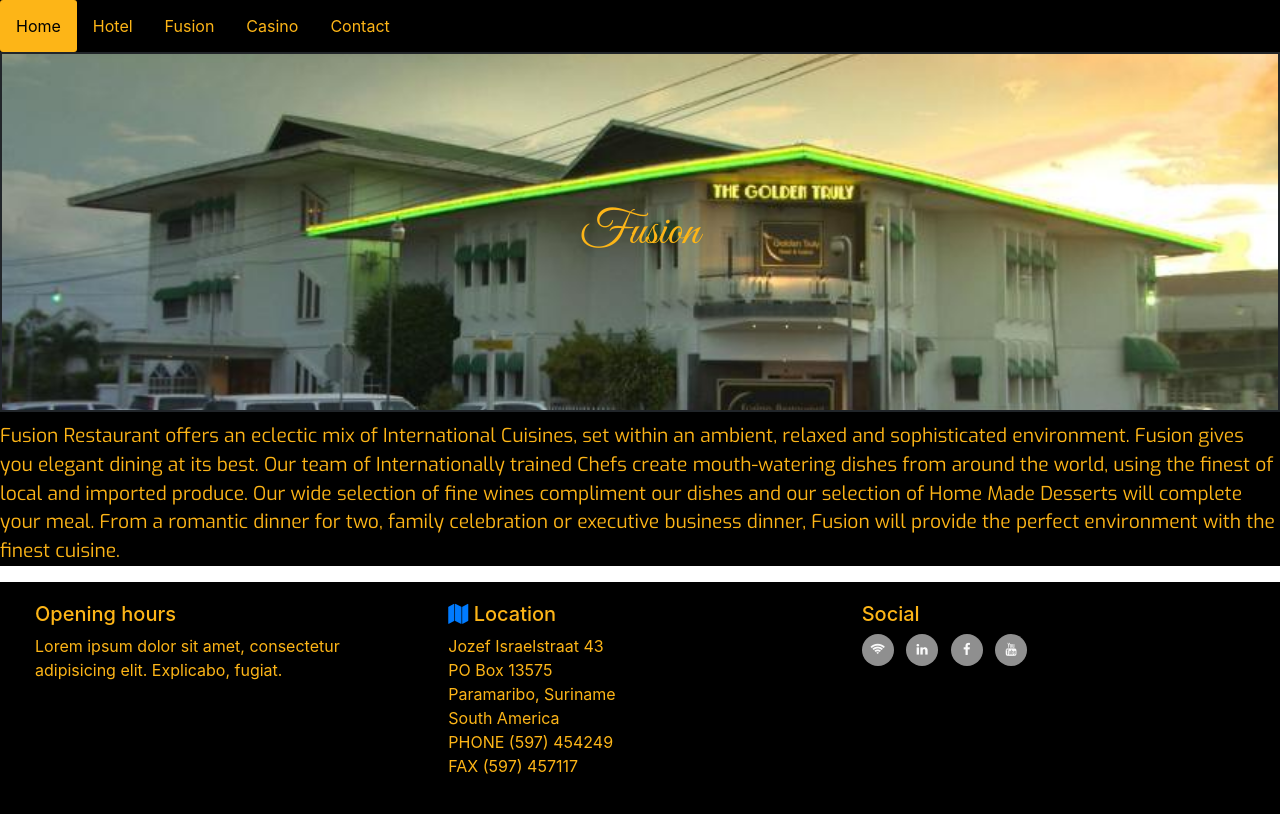
Repository: Code-Institute-Submissions/anthonycaf-Milestone1
Page: fusion.html
The author's editor kept a record of every edit. The page is drawn from the files as they stood at one moment, then again after the next edit.
The browser window is 1280 px wide. The pictures show the whole page.

Above is the page before.

### fusion.html
<!DOCTYPE html>
<html lang="en">

<head>
 <meta charset="UTF-8">
 <meta name="viewport" content="width=device-width, initial-scale=1.0">
 <meta http-equiv="X-UA-Compatible" content="ie=edge">
 <!--             links/bootstrap/fontawsome    -->
 <link rel="stylesheet" href="https://stackpath.bootstrapcdn.com/font-awesome/4.7.0/css/font-awesome.min.css" type="text/css" />
 <link rel="stylesheet" href="https://stackpath.bootstrapcdn.com/bootstrap/4.3.1/css/bootstrap.min.css" type="text/css" />
 <!--             main/css                      -->
 <link rel="stylesheet" href="./css/style.css" type="text/css" />
 <title>Golden Truly Hotel</title>
</head>

<body>
 <header>
  <ul Id="nav-bar">
   <li class="nav-bar-item"><a class="nav-link-item" href="index.html">Home</a></li>
   <li class="nav-bar-item"><a class="nav-link-item" href="hotel.html">Hotel</a></li>
   <li class="nav-bar-item"><a class="nav-link-item" href="fusion.html">Fusion</a></li>
   <li class="nav-bar-item"><a class="nav-link-item" href="casino.html">Casino</a></li>
   <li class="nav-bar-item"><a class="nav-link-item" href="contact.html">Contact</a></li>
  </ul>
  <div class="bg-image-title">
   <a href="index.html" class="img"></a>
   <h1 id="title">Fusion</h1>
  </div>
 </header>
 <main>
 <section class="fustion">
     <p>Fusion Restaurant offers an eclectic mix of International Cuisines,
     set within an ambient,
     relaxed and  sophisticated environment.
     Fusion gives you elegant dining at its best.
     Our team of Internationally trained  Chefs create mouth-watering dishes from around the world, using the finest of local and imported produce. Our wide selection of fine wines compliment our dishes and our selection of Home Made Desserts will complete your meal. From a romantic dinner for two, family celebration or executive business dinner,
     Fusion will provide the perfect environment with the finest cuisine.</p>
 </section>
 </main>
 <footer class="container-fluid">
  <div id="footer-details" class="row">
   <div class="col-sm-4">
    <h5 class="uppercase general-sub">Opening hours</h5>
    <p class="inline-block">
     Lorem ipsum dolor sit amet, consectetur adipisicing elit. Explicabo, fugiat.
    </p>
   </div>
   <div class="col-sm-4">
    <h5 class="uppercase general-sub"> <a href="assets/cv/sample-cv.pdf" target="_blank" class="cv-pdf">
        <i class="fa fa-map marker alt" aria-hidden="true"></i>
        <span class="sr-only">Map link.</span>
       </a>Location</h5>
    <p class="inline-block">Jozef Israelstraat 43<br> PO Box 13575<br> Paramaribo, Suriname<br> South America<br> PHONE (597) 454249<br> FAX (597) 457117
    </p>

   </div>
   <div class="col-sm-4">
    <h5 class="uppercase general-sub">Social</h5>
    <ul class="list-inline social-links">
     <li class="list-inline-item">
      <a href="#" target="_blank">
          <i class="fa fa-wifi" aria-hidden="true"></i>
          <span class="sr-only">wifi</span>
         </a>
     </li>
     <li class="list-inline-item">
      <a href="#" target="_blank">
          <i class="fa fa-linkedin" aria-hidden="true"></i>
          <span class="sr-only">Linkedin</span>
         </a>
     </li>

     <li class="list-inline-item">
      <a href="#" target="_blank">
          <i class="fa fa-facebook" aria-hidden="true"></i>
          <span class="sr-only">facebook</span>
         </a>
     </li>

     <li class="list-inline-item">
      <a href="#" target="_blank">
          <i class="fa fa-youtube" aria-hidden="true"></i>
          <span class="sr-only">youtube</span>
         </a>
     </li>
    </ul>
   </div>
  </div>
 </footer>


</body>

</html>

### css/style.css
 /*------------google-fonts----------*/

 @import url('https://fonts.googleapis.com/css?family=Exo:100,200,300,400,500,600,700|Great+Vibes&display=swap:100,200,300,400,500,600,700');

 body {
  margin: 0;
 }

 /*------------- images --------------*/

 .master-img1 {
  background-image: url(../images/master1.jpg);
 }

 .master-img2 {
  background-image: url(../images/housekeeping.jpg);
 }

 .master-img3 {
  background-image: url(../images/design-lobby-ceiling.jpg);
 }

 .suite-img1 {
  background-image: url(../images/suit1.jpg);
 }

 .suite-img2 {
  background-image: url(../images/suite2.jpg);
 }

 .suite-img3 {
  background-image: url(../images/suite3.jpg);
 }

 .bg-image-title {
  background: url("../images/golden-truly-hotel.jpg");
 }

 /*------------main----------*/

 main {
  font-family: "Exo", sans-serif;
  font-size: 1.2em;
  width: 100%;
  background-color: #000000;
  color: #fdb517;
  margin: 0 auto;
  padding-top: 10px;

 }

 .bg-image-title {
  background-clip: border-box;
  background-position: center;
  background-repeat: no-repeat;
  background-size: cover;
  transition: all .5s ease-in-out;
  -moz-transition: all .5s ease-in-out;
  -webkit-transition: all .5s ease-in-out;
  height: 360px;
  border: 2px solid;
 }

 #title {
  color: #fdb517;
  font-family: "Great Vibes", sans-serif;
  font-size: 3em;
  text-align: center;
  padding-top: 150px;
 }

 #welcome {
  color: #fdb517;
  font-family: "Great Vibes", sans-serif;
  font-size: 2.5em;

 }

 .dl-list {
  max-width: 70%;
 }
/*------------ Section ------*/
 .section {
  padding-top: 10px;
  padding-bottom: 10px;
  margin: 0 auto;
  max-width: 70%;
 }
 .casino, .fusion {
  margin-bottom: 0;
 }


 /*-----------main nav-bar----------*/

 #nav-bar {
  width: 100vw;
  list-style-type: none;
  margin: 0;
  padding: 0;
  overflow: hidden;
  background-color: #000;
 }

 .nav-bar-item {
  float: left;
 }

 .nav-bar-item .nav-link-item {
  display: inline-block;
  color: #fdb517;
  text-align: center;
  padding: 8px 8px;
  text-decoration: none;
 }

 .nav-bar-item .nav-link-item:hover {
  background-color: #fdb517;
  color: #000000;
  border-radius: 3px;
  transition: all .8s ease-in-out;
 }

 .nav-bar-item {
  display: inline-block;
 }


 dd {
  color: #fafafa;
 }

 .room-services-item {
  margin-bottom: 0px;
  border-bottom-width: 20px;
  padding-bottom: 40px;
 }

 /*----------------iframe -----------*/

 iframe {
  width: 100%;
  height: 360px;
  border: none;
  margin: 0;
 }

 /*-----------main footer----------*/

 .container-fluid {
  background-color: #000000;
  color: #fdb517;

 }

 footer {
  background-color: #525252;
  color: #fafafa;
  min-height: 120px;
  margin: 0;
  padding: 0;
 }

 .social-links {
  padding-bottom: 15px;
 }

 .social-links li a i {
  width: 32px;
  height: 32px;
  padding: 12px 0;
  border-radius: 50%;
  font-size: 13px;
  line-height: 7px;
  text-align: center;
  color: #fafafa;
  background-color: #8f8f8f;
  transition: all 0.35s ease-in-out;
  -moz-transition: all 0.35s ease-in-out;
  -webkit-transition: all 0.35s ease-in-out;
  -o-transition: all 0.35s ease-in-out;
 }

 .social-links li a i:hover {
  background: #fdb517;
 }

 #footer-details {
  padding: 20px;
 }

 /*-----------hotel.html----------*/

 .bg-img-size {

  background-clip: border-box;
  background-position: center;
  background-repeat: no-repeat;
  background-size: cover;
  width: 33.3%;
  height: 150px;
 }


 /*----------- contact.html/form --------*/

 .contact-heading,
 .contact-thanks {
  font-family: "Great Vibes", sans-serif;
  font-weight: 300;
  margin-top: 25px;
  margin-bottom: 20px;

 }

 form {
  padding-top: 10px;
  margin: 0 auto;
  max-width: 70%;
 }

 button[type="submit"] {
  margin-top: 15px;
  margin-bottom: 20px;
  color: #fdb517;
  background-color: #000000;

 }

 /*-------------------------------------Media queries*/

 @media(min-width: 992px) {
  .center-form {
   padding-top: 30px;
   min-height: 240px;
   margin: 0 auto;
   max-width: 50%;
  }
  .section {
   padding-top: 30px;
   padding-bottom: 30px;
   margin: 0 auto;
   max-width: 70%;
  }
  .dl-list {
   max-width: 70%;
  }
  .nav-bar-item .nav-link-item {
   padding: 14px 16px;
  }
 }

After the next edit:
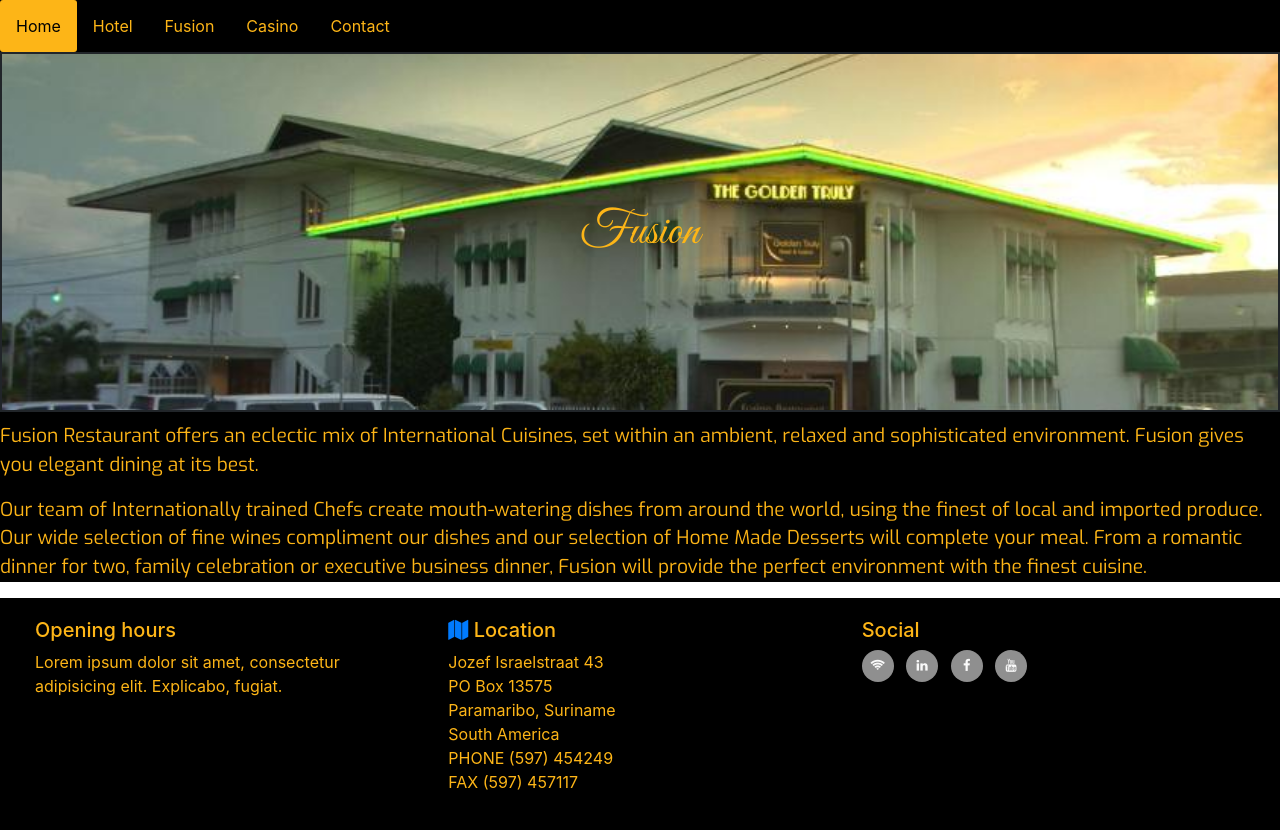
The edit:
--- a/fusion.html
+++ b/fusion.html
@@ -30,10 +30,13 @@
  <main>
  <section class="fustion">
      <p>Fusion Restaurant offers an eclectic mix of International Cuisines,
-     set within an ambient,
-     relaxed and  sophisticated environment.
-     Fusion gives you elegant dining at its best.
-     Our team of Internationally trained  Chefs create mouth-watering dishes from around the world, using the finest of local and imported produce. Our wide selection of fine wines compliment our dishes and our selection of Home Made Desserts will complete your meal. From a romantic dinner for two, family celebration or executive business dinner,
+     set within an ambient, relaxed and  sophisticated environment.
+     Fusion gives you elegant dining at its best.</p>
+     <p>Our team of Internationally trained  Chefs create mouth-watering dishes from around the world,
+     using the finest of local and imported produce. Our wide selection of
+     fine wines compliment our dishes and our selection of Home Made Desserts
+     will complete your meal. From a romantic dinner for two, family celebration
+     or executive business dinner,
      Fusion will provide the perfect environment with the finest cuisine.</p>
  </section>
  </main>
